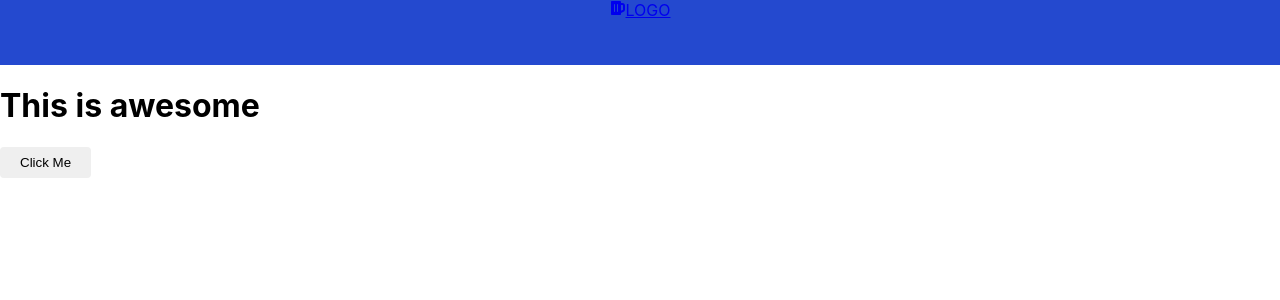
Repository: ajaygc95/Django-and-react
Page: / (app in galamart_sell/reactfrontend/)
These files come from the project's save history. The page is drawn as it stood at one moment and after the next save; the edit follows.
The browser window is 1280 px wide. The pictures show the whole page.
The project was rebuilt for these pictures with package versions that can differ from the ones it lists, and the page was loaded fresh each time. Also part of the build but not shown: galamart_sell/reactfrontend/src/components/Button.js, galamart_sell/reactfrontend/src/components/About.js, galamart_sell/reactfrontend/src/components/Shop.css, galamart_sell/reactfrontend/src/components/Shop.js, galamart_sell/reactfrontend/src/components/ItemDetail.js.

Above is the page before, as saved 2021-04-07 11:26:06.

### galamart_sell/reactfrontend/src/App.js
import React from "react";
import HeroPage from "./components/HeroPage";
import Nav from "./components/Nav";
import { BrowserRouter as Router, Switch, Route } from "react-router-dom";
import About from "./components/About";
import Shop from "./components/Shop";
import ItemDetail from "./components/ItemDetail";

function App() {
  return (
    <Router>
      <div className="container">
        <Nav></Nav>
        <Switch>
          <Route path="/" exact component={HeroPage}></Route>
          {/* <Route path="/about" component={About} />
          <Route path="/shop" exact component={Shop} />
          <Route path="/shop/:id" component={ItemDetail} /> */}
        </Switch>
      </div>
    </Router>
  );
}

export default App;

### galamart_sell/reactfrontend/src/components/HeroPage.js
import React from 'react'

function HeroPage() {
    return (
       <>
       <h1>This is awesome</h1>
       <div className='container'>
           <button className='btn btn-success'>Click Me</button>
       </div>
       </>
    )
}

export default HeroPage

### galamart_sell/reactfrontend/src/components/Nav.js
import React, { useState } from "react";
import { Link } from "react-router-dom";
import { FaBars, FaTimes, FaBeer } from "react-icons/fa";
import { Button } from "./Button";
import "./Nav.css";

function Nav() {
  const [click, setclick] = useState(false);
  const [button, setbutton] = useState(true);
  const handleClick = () => setclick(!click);

  const showButton = () => {
    if (window.innerWidth <= 960) {
      setbutton(false);
    } else {
      setbutton(true);
    }
  };

  window.addEventListener("resize", showButton);

  return (
    <>
      <nav className="navbar">
        <div className="navbar-container container">
          <Link to="/" className="navbar-logo">
            <FaBeer className="navbar-icon"></FaBeer>
            LOGO
          </Link>
        </div>
      </nav>
    </>
  );
}

export default Nav;

### galamart_sell/reactfrontend/src/components/Nav.css
.navbar {
  background: #2449cf;
  height: 65px;
  display: flex;
  justify-content: center;
}

/* .navbar {
  background: #2449cf;
  height: 65px;
  display: flex;
  justify-content: center;
  align-items: center;
  font-size: 1.2rem;
  position: sticky;
  top: 0;
}

.container {
  z-index: 1;
  width: 100%;
  margin-right: auto;
  margin-left: auto;
  padding-right: 50px;
  padding-left: 50px;
}

.navbar-container {
  display: flex;
  justify-content: space-between;
  height: 65px;
}

.navbar-logo {
  color: #fff;
  justify-self: start;
  cursor: pointer;
  text-decoration: none;
  font-size: 2rem;
  display: flex;
  align-items: center;
}

.navbar-icon {
  margin-right: 0.5rem;
} */

/*



.navbar-logo {
  color: #fff;
  justify-self: start;
  cursor: pointer;
  text-decoration: none;
  font-size: 2rem;
  display: flex;
  align-items: center;
}

.navbar-icon {
  margin-right: 0.5rem;
}

.nav-menu {
  display: flex;
  align-items: center;
  justify-content: center;
  list-style: none;
  text-align: center;
  justify-content: end;
}

.nav-item {
  height: 80px;
  border-bottom: 2px solid transparent;
}

.nav-item:hover {
  border-bottom: 2px solid #f00946;
}

.nav-links {
  color: #fff;
  display: flex;
  align-items: center;
  text-decoration: none;
  padding: 0.5rem 1rem;
  height: 100%;
}

.fa-bars {
  color: #fff;
}

.menu-icon {
  display: none;
}

@media screen and (max-width: 960px) {
  .NavbarItems {
    position: relative;
  }

  .nav-menu {
    display: flex;
    flex-direction: column;
    width: 100%;
    height: 90vh;
    position: absolute;
    top: 80px;
    left: -100%;
    opacity: 1;
    transition: all 0.5s ease;
  }

  .nav-menu.active {
    background: #1c2237;
    left: 0;
    opacity: 1;
    transition: all 0.6s ease;
    z-index: 1;
  }

  .nav-links {
    text-align: center;
    padding: 2rem;
    width: 100%;
    display: table;
  }

  .nav-links:hover {
    color: #f00946;
    transform: scale(1.2);
    transition: all 0.3s ease;
  }

  .nav-item:hover {
    border: none;
  }

  .nav-item {
    width: 100%;
  }

  .navbar-logo {
    position: absolute;
    top: 0;
    left: 0;
    transform: translate(25%, 50%);
  }

  .menu-icon {
    display: block;
    position: absolute;
    top: 0;
    right: 0;
    transform: translate(-100%, 60%);
    font-size: 1.8rem;
    cursor: pointer;
  }

  .fa-times {
    color: #fff;
    font-size: 2rem;
  }

  .nav-btn {
    display: flex;
    justify-content: center;
    align-items: center;
    width: 100%;
    height: 120px;
  }
} */

### galamart_sell/reactfrontend/src/components/Button.css
:root {
  --primary: #fff;
}

.btn {
  padding: 8px 20px;
  border-radius: 4px;
  outline: none;
  border: none;
  cursor: pointer;
  white-space: nowrap;

}

.btn--primary {
  background-color: var(--primary);
  color: #242424;
  border: 1px solid var(--primary);
}

.btn--outline {
  background-color: transparent;
  color: #fff;
  padding: 8px 20px;
  border: 1px solid var(--primary);
  transition: all 0.3s ease-out;
}

.btn--medium {
  padding: 8px 20px;
  font-size: 18px;
}

.btn--large {
  padding: 12px 26px;
  font-size: 20px;
}

.btn--mobile {
  text-align: center;
  border-radius: 4px;
  width: 80%;
  text-decoration: none;
  font-size: 1.5rem;
  background-color: transparent;
  color: #fff;
  padding: 14px 20px;
  border: 1px solid #fff;
  transition: all 0.3s ease-out;
}

.btn--wide {
  padding: 12px 64px;
  font-size: 20px;
}

.btn--large:hover,
.btn--medium:hover,
.btn--mobile:hover {
  transition: all 0.3s ease-out;
  background: #fff;
  color: #242424;
}

.btn--wide:hover {
  color: #fff;
  background-color: #f00946;
  transition: all 0.2s ease-out;
}

.btn-link {
  display: flex;
  justify-content: center;
  align-items: center;
  text-decoration: none;
  padding: 8px 16px;
  height: 100%;
  width: 100%;
}

.blue {
  background-color: #276afb;
  color: #fff;
  border: none;
}

.red {
  background-color: #f00946;
  color: #fff;
  border: none;
}

.primary {
  background-color: #242424;
  color: #fff;
  border: none;
}

.primary:hover {
  background-color: #fff;
  color: #242424;
  border: none;
}

.green {
  background: #25ce4a;
  color: #fff;
  border: none;
}

.green:hover {
  background-color: #242424;
}

Loaded but not shown: galamart_sell/reactfrontend/public/index.html (common file); galamart_sell/reactfrontend/src/index.js (common file); galamart_sell/reactfrontend/src/index.css (common file); galamart_sell/reactfrontend/src/reportWebVitals.js (common file)

After the next save:
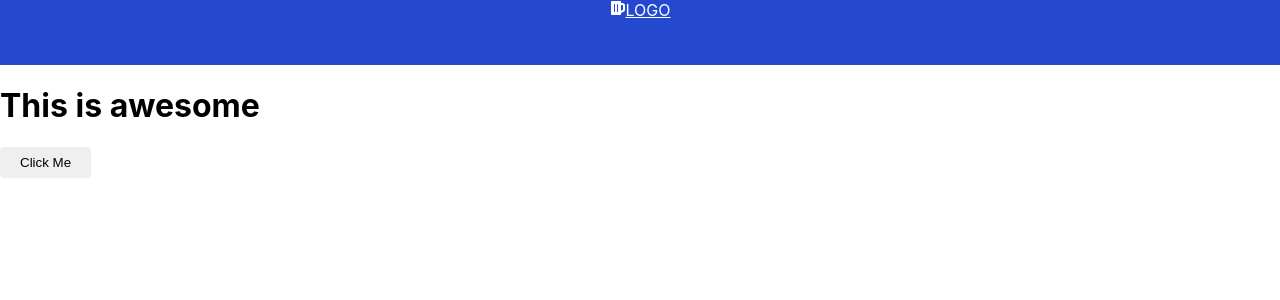
Saved 22 s later.
--- a/galamart_sell/reactfrontend/src/components/Nav.css
+++ b/galamart_sell/reactfrontend/src/components/Nav.css
@@ -3,6 +3,10 @@
   height: 65px;
   display: flex;
   justify-content: center;
+}
+
+.navbar-logo {
+  color: white;
 }
 
 /* .navbar {
